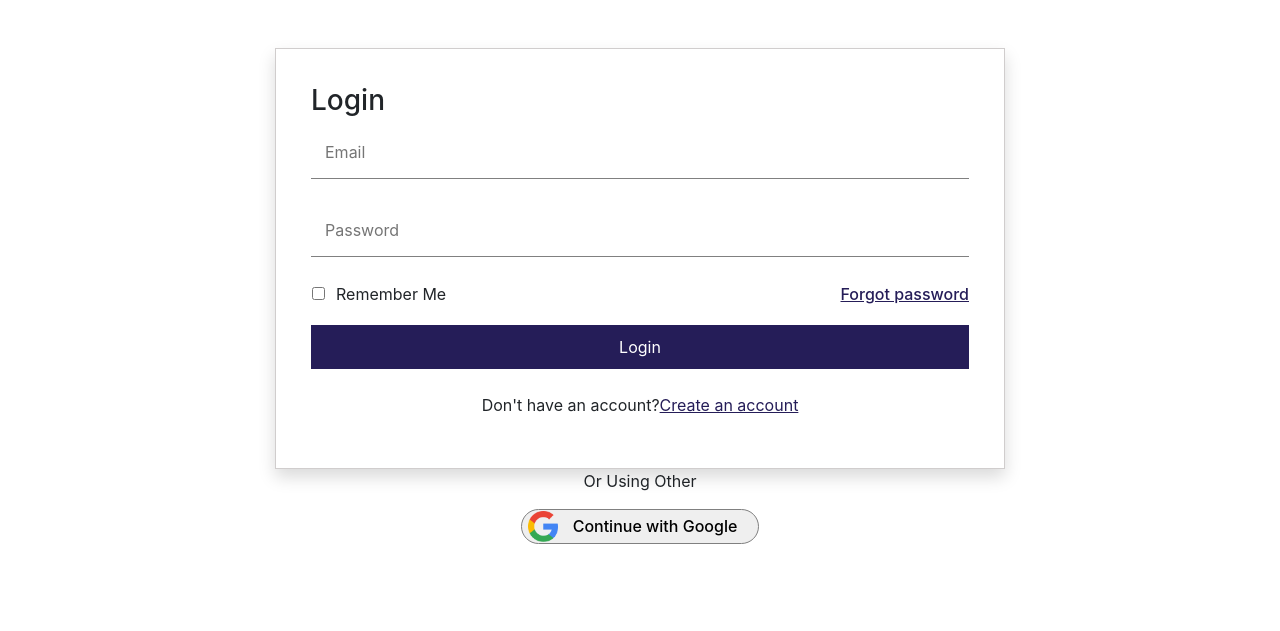
Repository: arif286/home-decoration-client-site
Page: /login, after clicking the first element matching `span`
These files come from the project's save history. The page is drawn as it stood at one moment and after the next save; the edit follows.
The browser window is 1280 px wide. The pictures show the whole page.
The project was rebuilt for these pictures with package versions that can differ from the ones it lists, and the page was loaded fresh each time. Also part of the build but not shown: src/components/HomePage/AboutUs/AboutUs.css, src/components/HomePage/NavBar/NavBar.css, src/components/HomePage/NavBar/NavBar.js, src/components/HomePage/Header/Header.css, src/components/HomePage/Header/Header.js, src/components/HomePage/Project/Project.js, src/components/HomePage/ServiceCard/ServiceCard.js, src/components/HomePage/Service/Service.js and 3 more.

Above is the page before, as saved 2021-04-15 05:29:29.

After the next save:
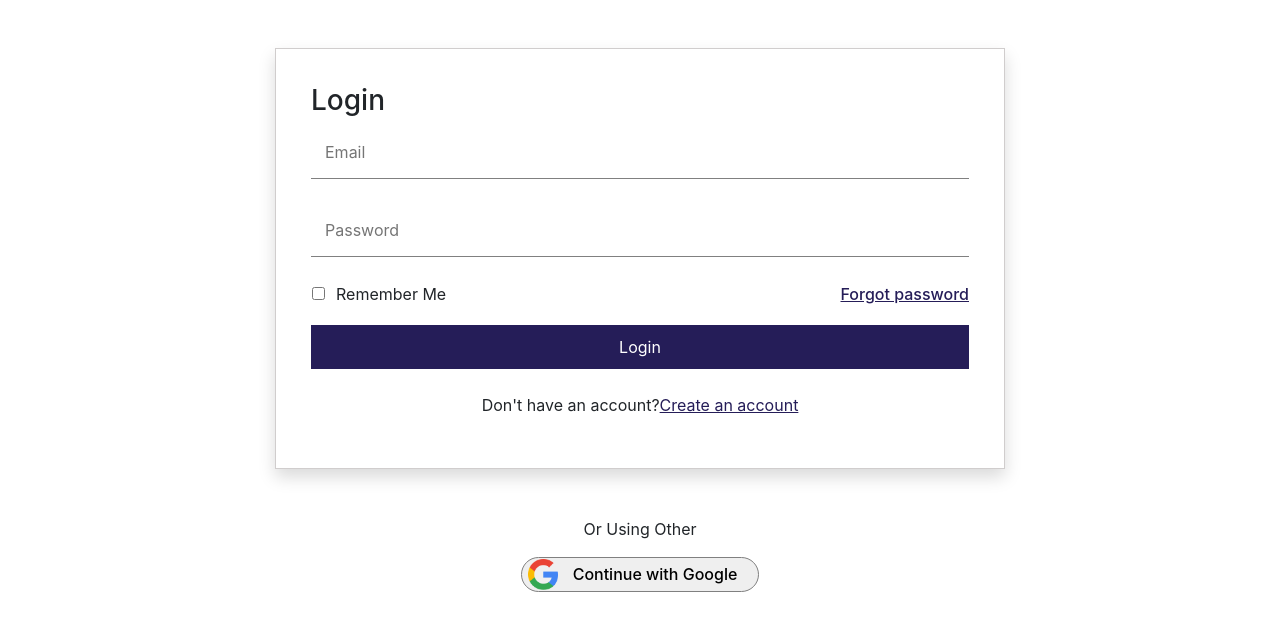
Saved 2 min 37 s later.
--- a/src/components/LoginPage/SignUp/SignUp.js
+++ b/src/components/LoginPage/SignUp/SignUp.js
@@ -77,8 +77,10 @@ const SignUp = () => {
             <Login setToggle={setToggle} />
           )}
         </Col>
-          </Row>
-          <GoogleLogin/>
+      </Row>
+      <div className='mt-5 text-center'>
+        <GoogleLogin />
+      </div>
     </Container>
   );
 };
